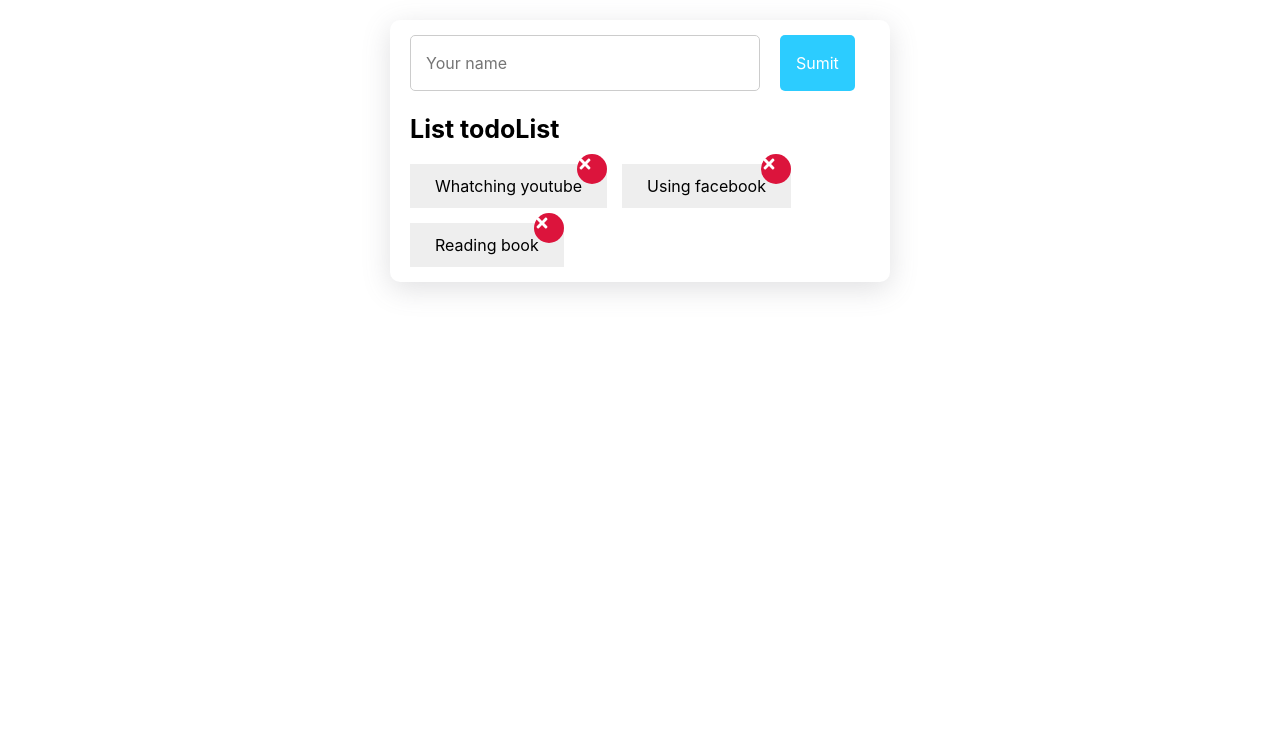
Repository: hoang0508/ReactJsHoiDanIT
Page: /weather
The author's editor kept a copy of each file at every save. The page is drawn from the files as they stood at one save, then again after the next save.
The browser window is 1280 px wide. The pictures show the whole page.
The project was rebuilt for these pictures with package versions that can differ from the ones it lists, and the page was loaded fresh each time.

Above is the page before, as saved 2022-02-04 16:55:19.

After the next save:
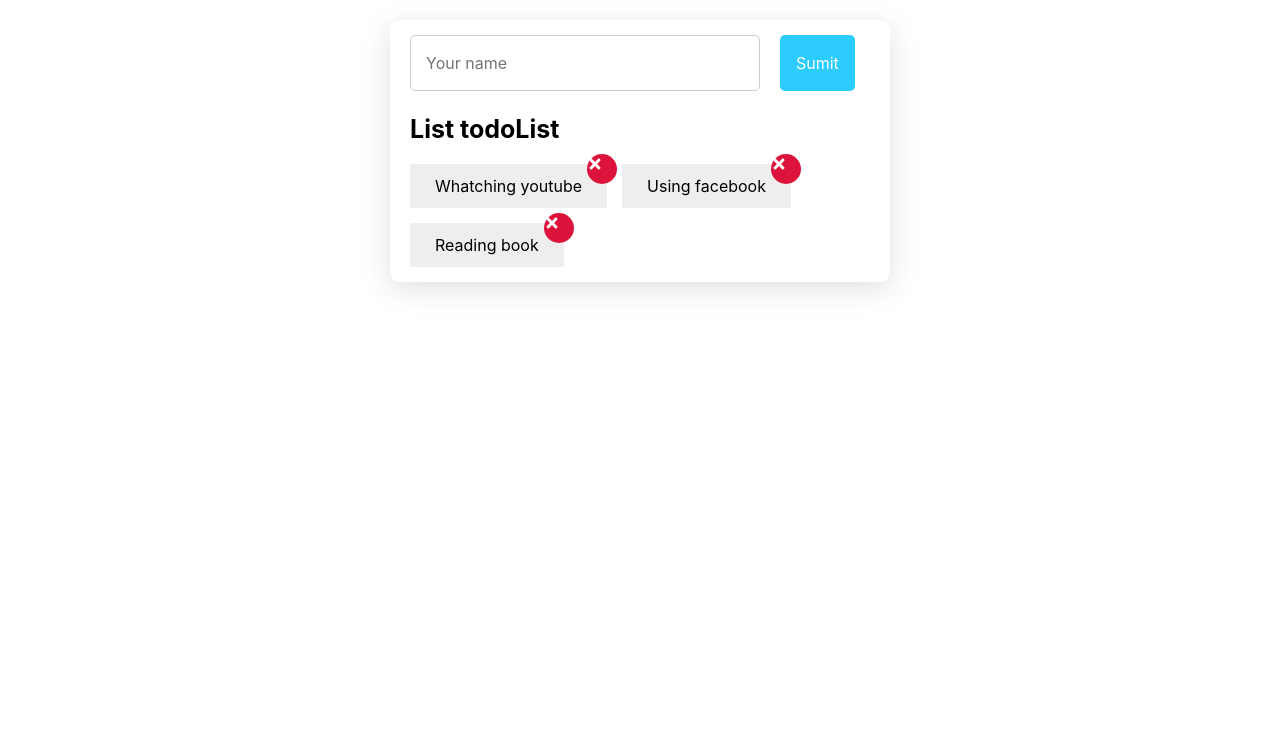
Saved 8 s later.
--- a/src/components/TodoApp/TodoList.scss
+++ b/src/components/TodoApp/TodoList.scss
@@ -51,6 +51,6 @@
     color: #fff;
     border-radius: 100rem;
     top: -10px;
-    right: 0;
+    right: -10px;
   }
 }
